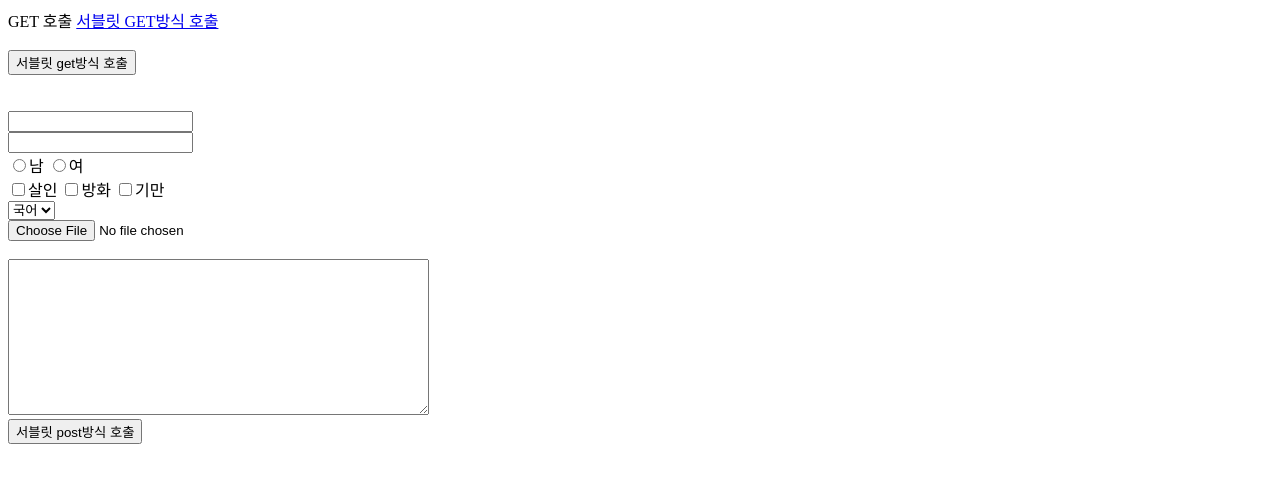
Repository: Won-Hyuk-Lee/kosta_java
Page: http://localhost/web_prj/Practice_Servlet_Call.jsp
The author's editor kept a copy of each file at every save. The page is drawn from the files as they stood at one save, then again after the next save.
The browser window is 1280 px wide. The pictures show the whole page.
The page is served by Tomcat 9. Nobody is signed in. The application's start-up code is not run. Other server files are loaded and not shown.

Above is the page before, as saved 2024-05-21 07:57:22.

### web_prj/src/main/webapp/Practice_Servlet_Call.jsp
<%@ page language="java" contentType="text/html; charset=UTF-8"
    pageEncoding="UTF-8"%>
<!DOCTYPE html>
<html>
<head>
<meta charset="UTF-8">
<title>Insert title here</title>
</head>
<body>
GET 호출
<!-- <a href="http://localhost:8081/board_servlet_url">서블릿 GET방식 호출</a>  -->
<a href="/board_servlet_url">서블릿 GET방식 호출</a><br><br>

<form method="get" action="/board_servlet_url">
	<input type = "submit" value = "서블릿 get방식 호출">
</form><br><br>

<form method="post" action="/board_servlet_url">
	<input name = "userid" type = "text"><br>
	<input name = "userpwd" type = "password"><br>
	<input name = "gender" type = "radio" value = 'm'>남
	<input name = "gender" type = "radio" value = 'f'>여<br>
	<input name = "habit" type = "checkbox" value = "kill">살인
	<input name = "habit" type = "checkbox" value = "fire">방화
	<input name = "habit" type = "checkbox" value = "decoy">기만<br>

	<select name = "subject">
		<option value = "korean">국어</option>
		<option value = "english">영어</option>
		<option value = "math">수학</option>
	</select><br>

	<input type = "file" name = "userfile"><br>

	<input type = "hidden" name = "secret" value = "12345"><br>

	<textarea name = "contents" rows="10" cols="50"></textarea><br>
	<input type = "submit" value = "서블릿 post방식 호출">
</form><br><br>
</body>
</html>

After the next save:
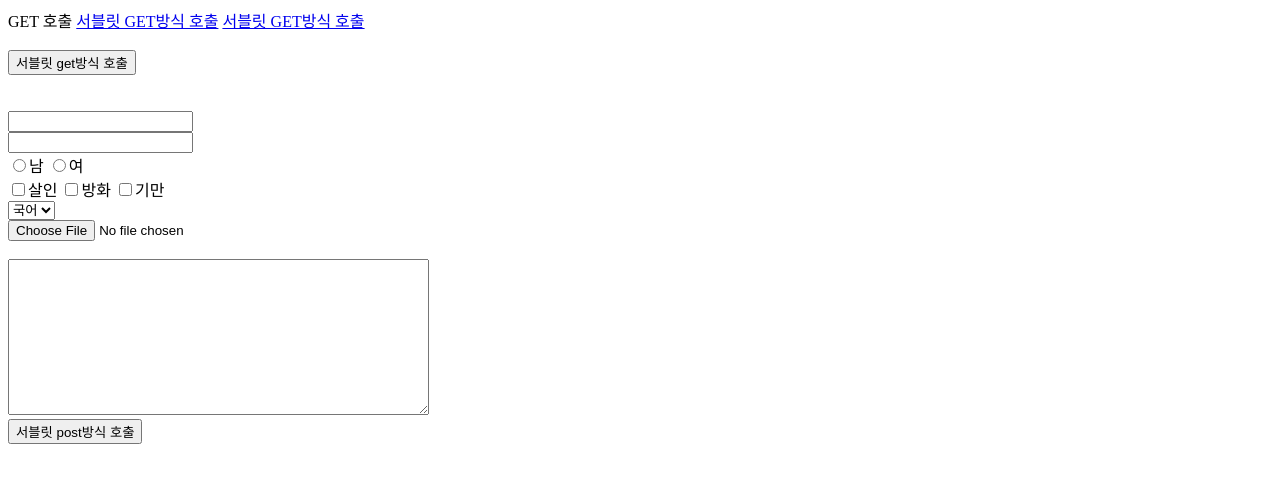
Saved 2 min 34 s later.
--- a/web_prj/src/main/webapp/Practice_Servlet_Call.jsp
+++ b/web_prj/src/main/webapp/Practice_Servlet_Call.jsp
@@ -8,7 +8,7 @@
 </head>
 <body>
 GET 호출
-<!-- <a href="http://localhost:8081/board_servlet_url">서블릿 GET방식 호출</a>  -->
+<a href="http://localhost:8081/board_servlet_url">서블릿 GET방식 호출</a>
 <a href="/board_servlet_url">서블릿 GET방식 호출</a><br><br>
 
 <form method="get" action="/board_servlet_url">
